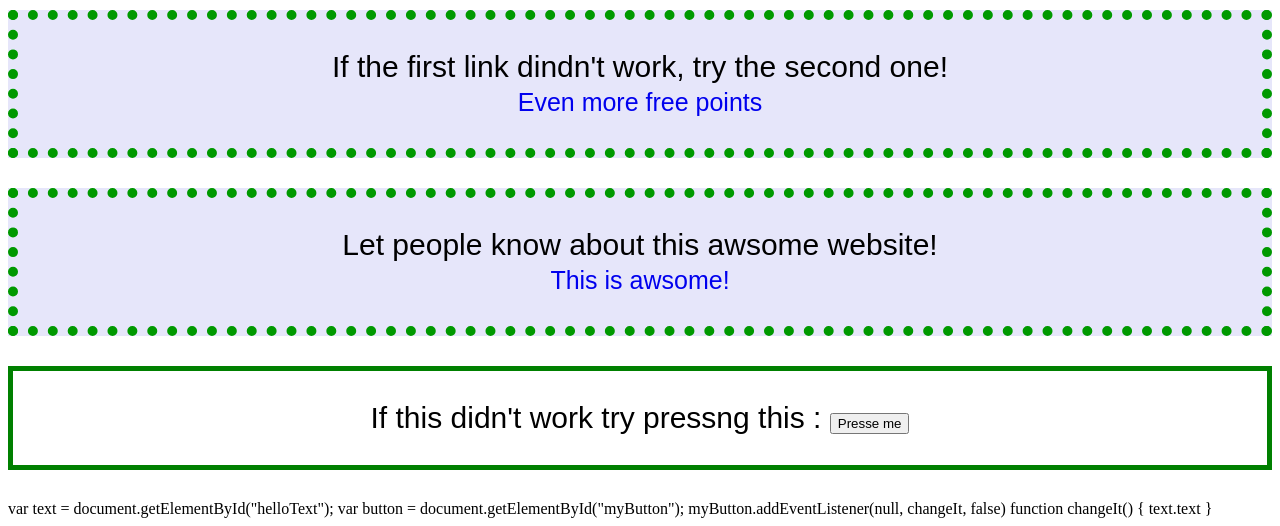
Repository: CountryFalls/POEfansite
Page: index.html
The author's editor kept a record of every edit. The page is drawn from the files as they stood at one moment, then again after the next edit.
The browser window is 1280 px wide. The pictures show the part of the page from y = 558 to 1084 px (the page is 1084 px tall).
A picture or video elsewhere on the page could not be fetched, so the positions and the page height are approximate.

Above is the page before.

After the next edit:
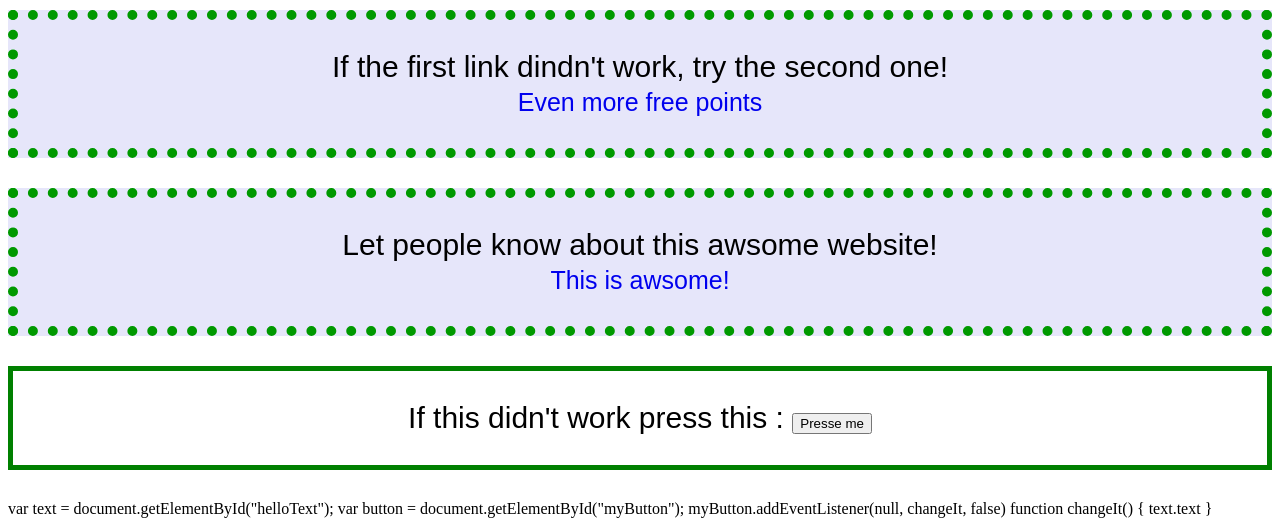
The edit:
--- a/index.html
+++ b/index.html
@@ -64,7 +64,7 @@
     </div>
      </div>
      <div>
-        <p id="helloText">If this didn't work try pressng this : <button id="myButton">Presse me</button></p>
+        <p id="helloText">If this didn't work press this : <button id="myButton">Presse me</button></p>
 
     </div>
     <scrip>
